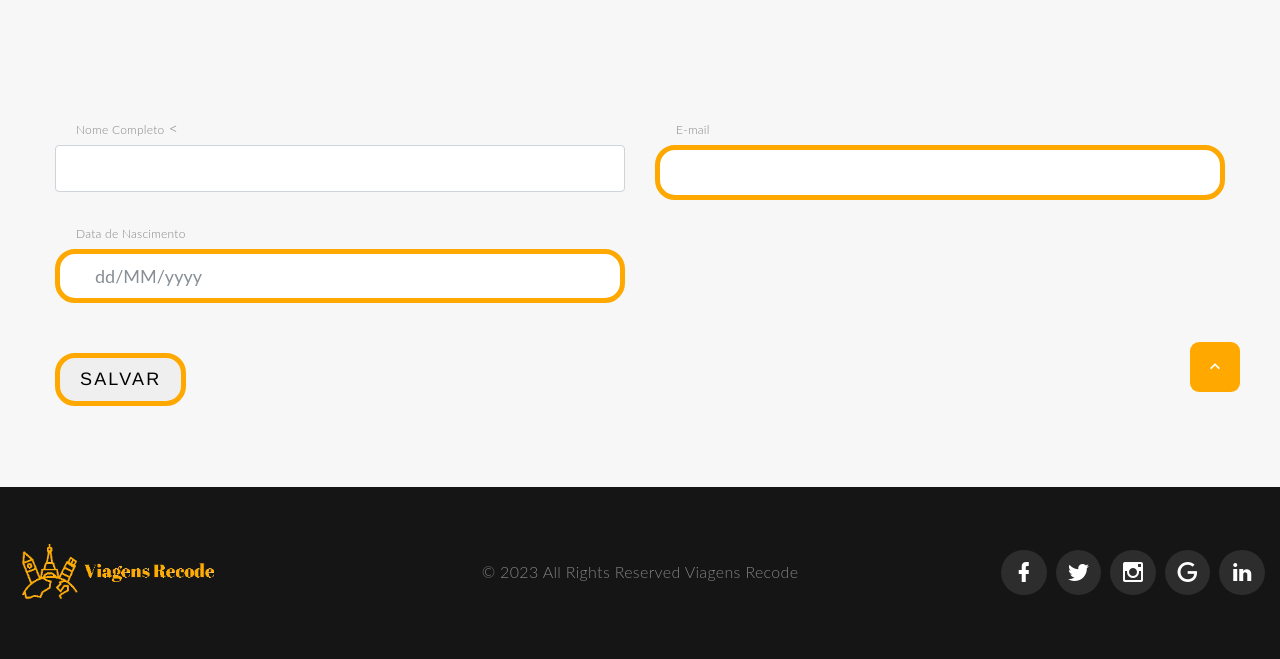
Repository: LiraS23/RecodePro2023-Modulo-4
Page: http://localhost/Modulo4/editarCliente.jsp
An editor plug-in stored every save of this project. The page is shown before and after the next save, followed by the edit.
The browser window is 1280 px wide. The pictures show the part of the page from y = 388 to 1047 px (the page is 1047 px tall before and 1039 px after).
Some web fonts or font styles are not loaded; a fallback is used. The page is served by Tomcat 10. Other server files are loaded and not shown.

Above is the page before, as saved 2023-11-02 17:11:10.

### java/Modulo4/src/main/webapp/editarCliente.jsp
<%@ page language="java" contentType="text/html; charset=UTF-8"
	pageEncoding="UTF-8"%>
<!DOCTYPE html>
<html lang="pt-br">
<head>
<meta charset="UTF-8">
<meta name="viewport"
	content="width=device-width, height=device-height, initial-scale=1.0">
<meta http-equiv="X-UA-Compatible" content="IE=edge">
<title>Editar Cliente</title>

<link rel="icon" href="assets/images/favicon.ico" type="image/x-icon">
<link rel="stylesheet" type="text/css"
	href="assets/fonts.googleapis.com/css?family=Oswald:200,400%7CLato:300,400,300italic,700%7CMontserrat:900">
<link rel="stylesheet" href="assets/css/bootstrap.css">
<link rel="stylesheet" href="assets/css/style.css">
<link rel="stylesheet" href="assets/css/fonts.css">
</head>
<body>
	<div class="page">
		<header
			class="section page-header breadcrumbs-custom-wrap bg-gradient bg-secondary-2 novi-background bg-cover">
			<!-- RD Navbar-->
			<div class="rd-navbar-wrap rd-navbar-default">
				<nav class="rd-navbar" data-layout="rd-navbar-fixed"
					data-sm-layout="rd-navbar-fixed" data-md-layout="rd-navbar-fixed"
					data-md-device-layout="rd-navbar-fixed"
					data-lg-layout="rd-navbar-fullwidth"
					data-xl-layout="rd-navbar-static"
					data-lg-device-layout="rd-navbar-fixed"
					data-xl-device-layout="rd-navbar-static"
					data-md-stick-up-offset="2px" data-lg-stick-up-offset="2px"
					data-stick-up="true" data-sm-stick-up="true"
					data-md-stick-up="true" data-lg-stick-up="true"
					data-xl-stick-up="true">
					<div class="rd-navbar-inner">
						<!-- RD Navbar Panel-->
						<div class="rd-navbar-panel">
							<!-- RD Navbar Toggle-->
							<button class="rd-navbar-toggle"
								data-rd-navbar-toggle=".rd-navbar-nav-wrap">
								<span></span>
							</button>
							<!-- RD Navbar Brand-->
							<div class="rd-navbar-brand">
								<a class="brand-name" href="index.html"><img
									class="logo-default"
									src="assets/images/logo-default-208x46.png" alt="" width="208"
									height="46" /><img class="logo-inverse"
									src="assets/images/logo-inverse-208x46.png" alt="" width="208"
									height="46" /></a>
							</div>
						</div>
						<div class="rd-navbar-aside-right">
							<div class="rd-navbar-nav-wrap">
								<!-- RD Navbar Nav-->
								<ul class="rd-navbar-nav">
									<li><a href="index.html">Home</a></li>
									<li><a href="destinos.jsp">Destinos</a></li>
									<li><a href="promocoes.html">Promoções</a></li>
									<li><a href="contato.html">Contato</a></li>
									<li class="active"><a href="cliente.jsp">Cliente</a></li>
								</ul>
							</div>
						</div>
						<div class="rd-navbar-aside-right">
							<a class="button button-sm button-secondary button-nina"
								href="pedidos.html">Reserve um passeio agora</a>
						</div>
					</div>
				</nav>
			</div>
			<!-- Breadcrumbs-->
			<section class="breadcrumbs-custom"
				style="background: url(&quot;https://travelplustur.com.br/wp-content/uploads/2022/04/travelplus-tur-22.jpg&quot;); background-size: cover;">
				<div class="container">
					<p class="breadcrumbs-custom-subtitle">Edite seu</p>
					<p class="heading-1 breadcrumbs-custom-title">Cadastro</p>
				</div>
			</section>

		</header>

		<!-- Cadastro-->
		<section
			class="section section-wrap bg-gray-lighter novi-background bg-cover">
			<div class="section-wrap-inner">
				<div class="container container-bigger">
					<div class="row">
						<div class="col">
							<div class="section section-lg">
								<!--form-->
								<form class="" data-form-output="form-output-global"
									data-form-type="contact" method="post"
									action="/Modulo4/ClienteController">
									<input type="hidden" id="cpf" name="cpf"
										value="<%=request.getParameter("cpf")%>">
									<div class="row row-fix row-20">
										<div class="col-md-6">
											<div class="form-wrap form-wrap-validation">
												<label class="form-label-outside" for="nome">Nome
													Completo</label> <<input class="form-control" id="nome" type="text"
													name="nome" data-constraints="@Required" />
											</div>
										</div>
										<div class="col-md-6">
											<div class="form-wrap form-wrap-validation">
												<label class="form-label-outside" for="email">E-mail</label>
												<input class="form-control"
													style="border: 5px solid #FFA900; border-radius: 20px;"
													id="email" type="email" name="email"
													data-constraints="@Email @Required" />
											</div>
										</div>
										<div class="col-md-6">
											<div class="form-wrap form-wrap-validation">
												<label class="form-label-outside" for="dataNasc">Data
													de Nascimento</label><input class="form-control"
													style="border: 5px solid #FFA900; border-radius: 20px;"
													id="dataNasc" type="text" name="dataNasc"
													placeholder="dd/MM/yyyy"
													data-constraints="@Numeric @Required" />
											</div>
										</div>
										<div class="col-sm-12 offset-custom-1">
											<div class="form-button">
												<button class="btn btn-secondary"
													style="border: 5px solid #FFA900; border-radius: 20px;"
													type="button" onclick="atualizarCliente()">Salvar</button>

											</div>
										</div>
									</div>
								</form>
							</div>
						</div>
					</div>
				</div>
			</div>
		</section>

		<!-- Footer Minimal-->
		<footer
			class="section page-footer page-footer-minimal novi-background bg-cover text-center bg-gray-darker">
			<div class="container container-wide">
				<div
					class="row row-fix justify-content-sm-center align-items-md-center row-30">
					<div class="col-md-10 col-lg-7 col-xl-4 text-xl-left">
						<a href="index.html"><img class="inverse-logo"
							src="assets/images/logo-inverse-208x46.png" alt="" width="208"
							height="46" /></a>
					</div>
					<div class="col-md-10 col-lg-7 col-xl-4">
						<p class="right">
							&#169;&nbsp;<span class="copyright-year"></span> All Rights
							Reserved Viagens Recode
						</p>
					</div>
					<div class="col-md-10 col-lg-7 col-xl-4 text-xl-right">
						<ul class="group-xs group-middle">
							<li><a
								class="icon novi-icon icon-md-middle icon-circle icon-secondary-5-filled mdi mdi-facebook"
								href="#"></a></li>
							<li><a
								class="icon novi-icon icon-md-middle icon-circle icon-secondary-5-filled mdi mdi-twitter"
								href="#"></a></li>
							<li><a
								class="icon novi-icon icon-md-middle icon-circle icon-secondary-5-filled mdi mdi-instagram"
								href="#"></a></li>
							<li><a
								class="icon novi-icon icon-md-middle icon-circle icon-secondary-5-filled mdi mdi-google"
								href="#"></a></li>
							<li><a
								class="icon novi-icon icon-md-middle icon-circle icon-secondary-5-filled mdi mdi-linkedin"
								href="#"></a></li>
						</ul>
					</div>
				</div>
			</div>
		</footer>
	</div>

	<!-- Global Mailform Output-->
	<div class="snackbars" id="form-output-global"></div>
	<!-- Javascript-->
	<script src="assets/js/core.min.js"></script>
	<script src="assets/js/script.js"></script>
	<script>
		function atualizarCliente() {
			// Obtenha os valores dos campos
			var cpf = $("#cpf").val();
			var nome = $("#nome").val();
			var email = $("#email").val();
			var dataNasc = $("#dataNasc").val();

			// Realize a validação dos campos, se necessário

			// Faça uma solicitação AJAX para o servidor para atualizar o cliente
			$.ajax({
				type : "POST", // Você pode usar POST para enviar dados sensíveis
				url : "/Modulo4/ClienteController", // A URL deve apontar para o seu servlet
				data : {
					action : "atualizar",
					cpf : cpf,
					nome : nome,
					email : email,
					dataNasc : dataNasc
				},
				success : function(response) {
					alert(response); // Exiba uma mensagem de sucesso ou erro
				},
				error : function() {
					alert('Erro ao atualizar o cliente.');
				}
			});
		}
	</script>
</body>
</html>

Loaded but not shown: java/Modulo4/src/main/webapp/assets/css/bootstrap.css (library); java/Modulo4/src/main/webapp/assets/css/style.css (library); java/Modulo4/src/main/webapp/assets/css/fonts.css (library); java/Modulo4/src/main/webapp/assets/js/core.min.js (library); java/Modulo4/src/main/webapp/assets/js/script.js (1496 lines, source omitted)

After the next save:
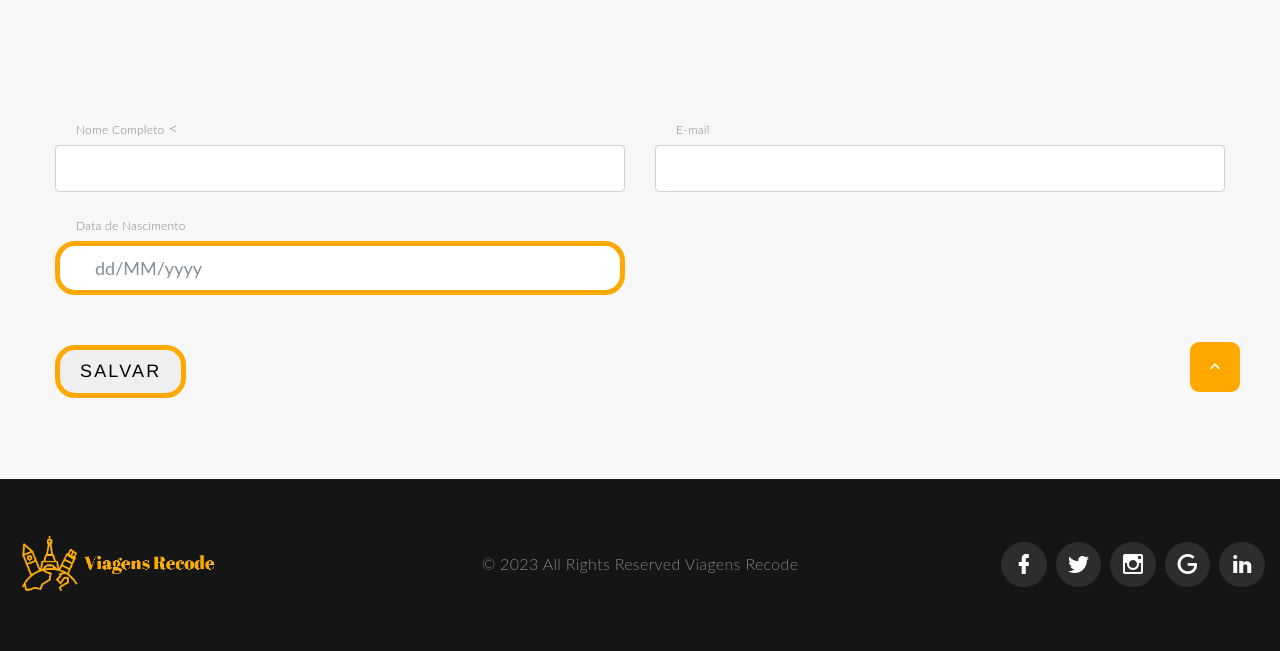
Saved 19 s later.
--- a/java/Modulo4/src/main/webapp/editarCliente.jsp
+++ b/java/Modulo4/src/main/webapp/editarCliente.jsp
@@ -106,10 +106,8 @@
 										<div class="col-md-6">
 											<div class="form-wrap form-wrap-validation">
 												<label class="form-label-outside" for="email">E-mail</label>
-												<input class="form-control"
-													style="border: 5px solid #FFA900; border-radius: 20px;"
-													id="email" type="email" name="email"
-													data-constraints="@Email @Required" />
+												<input class="form-control" id="email" type="email"
+													name="email" data-constraints="@Email @Required" />
 											</div>
 										</div>
 										<div class="col-md-6">
